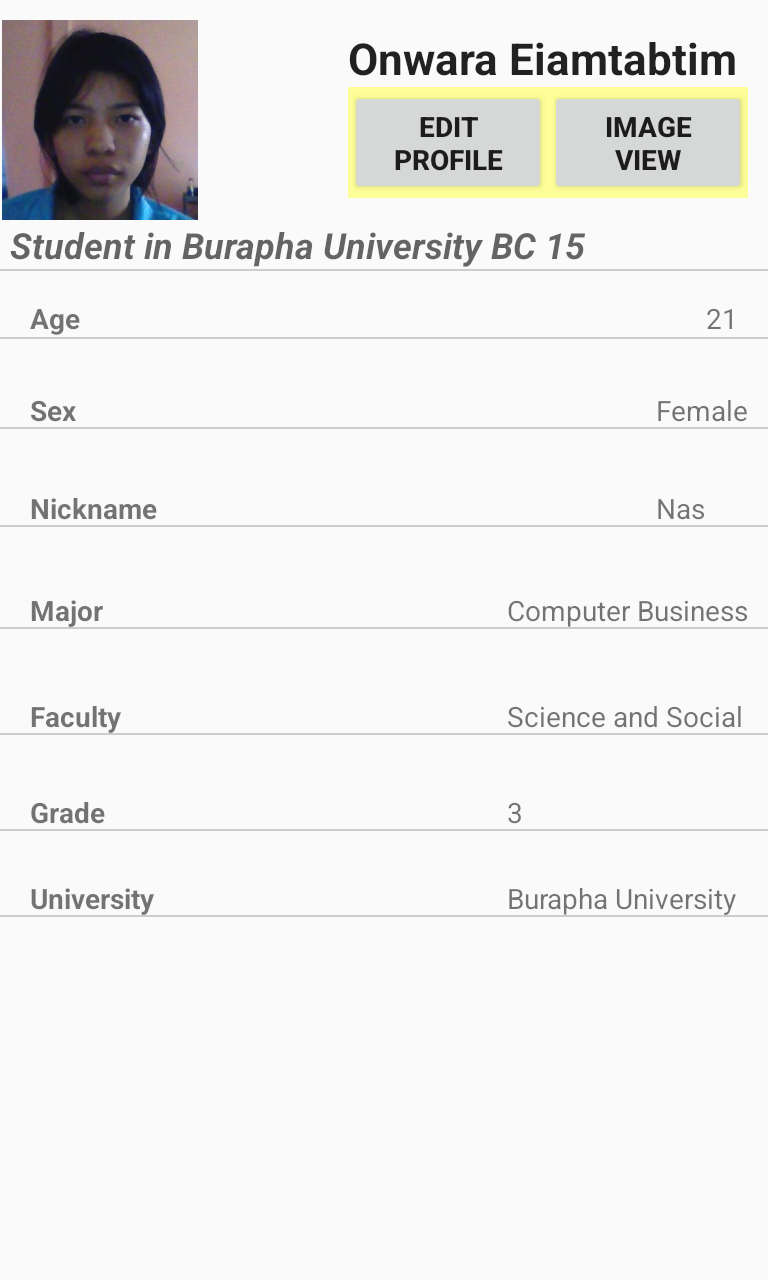
Repository: Android55410599/PROFILE
Layout: Resume_55410559/res/layout/activity_main.xml
An editor plug-in stored every save of this project. The layout is shown before and after the next save, followed by the edit.
It is drawn on a 768 x 1280 px phone screen (xhdpi) without system bars, with theme AppTheme; the app's code is not run.

Above is the layout before, as saved 2014-09-03 13:09:30.

After the next save:
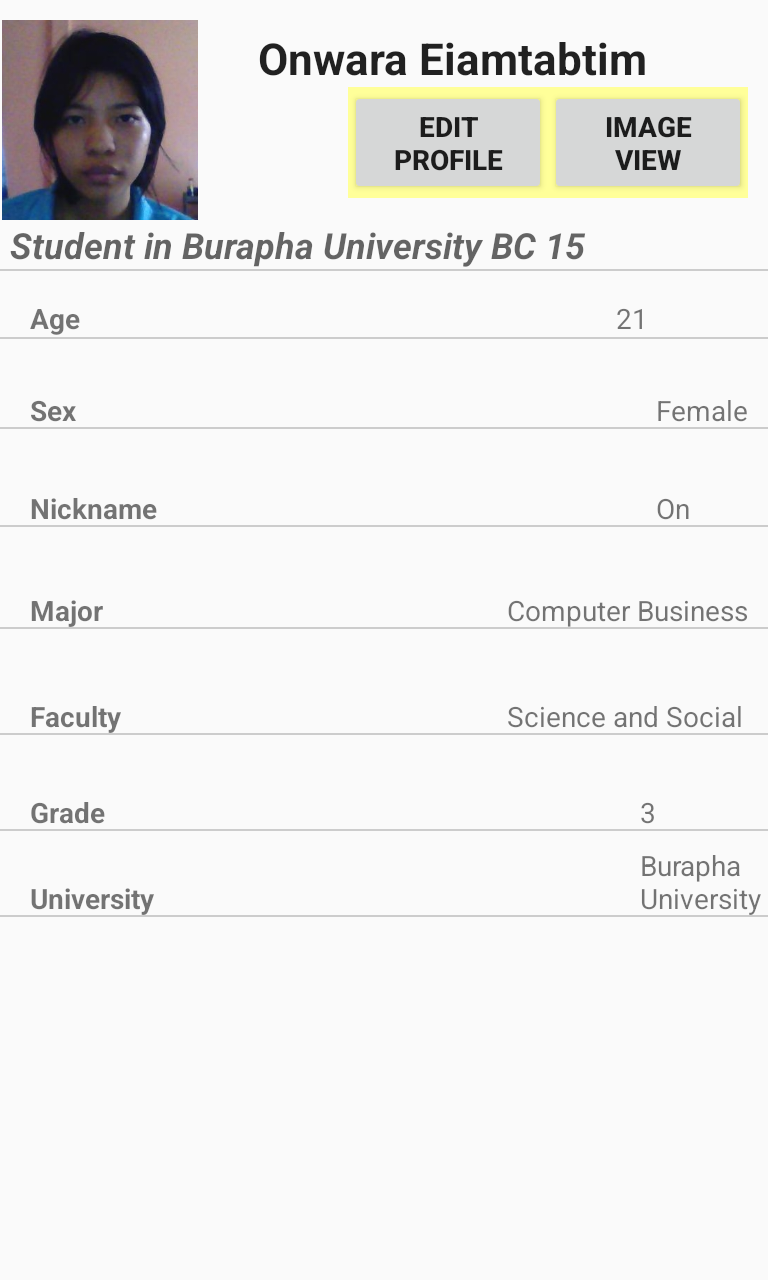
Saved 76 s later.
--- a/Resume_55410559/res/layout/activity_main.xml
+++ b/Resume_55410559/res/layout/activity_main.xml
@@ -21,9 +21,10 @@
         android:id="@+id/textView1"
         android:layout_width="wrap_content"
         android:layout_height="wrap_content"
-        android:layout_alignLeft="@+id/linearLayout3"
         android:layout_alignParentTop="true"
+        android:layout_marginLeft="29dp"
         android:layout_marginTop="14dp"
+        android:layout_toRightOf="@+id/linearLayout1"
         android:text="Onwara Eiamtabtim"
         android:textAppearance="?android:attr/textAppearanceLarge"
         android:textStyle="bold" />
@@ -131,7 +132,7 @@
         android:layout_height="wrap_content"
         android:layout_alignBottom="@+id/View01"
         android:layout_alignLeft="@+id/textView6"
-        android:text="Nas" />
+        android:text="On" />
 
     <View
         android:id="@+id/View05"
@@ -230,16 +231,6 @@
         android:textStyle="bold" />
 
     <TextView
-        android:id="@+id/textView14"
-        android:layout_width="wrap_content"
-        android:layout_height="wrap_content"
-        android:layout_alignBottom="@+id/View04"
-        android:layout_alignLeft="@+id/textView12"
-        android:layout_alignTop="@+id/textView13"
-        android:layout_marginRight="10dp"
-        android:text="3" />
-
-    <TextView
         android:id="@+id/textView15"
         android:layout_width="wrap_content"
         android:layout_height="wrap_content"
@@ -265,4 +256,12 @@
         android:text="Major"
         android:textStyle="bold" />
 
+    <TextView
+        android:id="@+id/textView14"
+        android:layout_width="wrap_content"
+        android:layout_height="wrap_content"
+        android:layout_alignBottom="@+id/View04"
+        android:layout_toLeftOf="@+id/textView8"
+        android:text="3" />
+
 </RelativeLayout>
